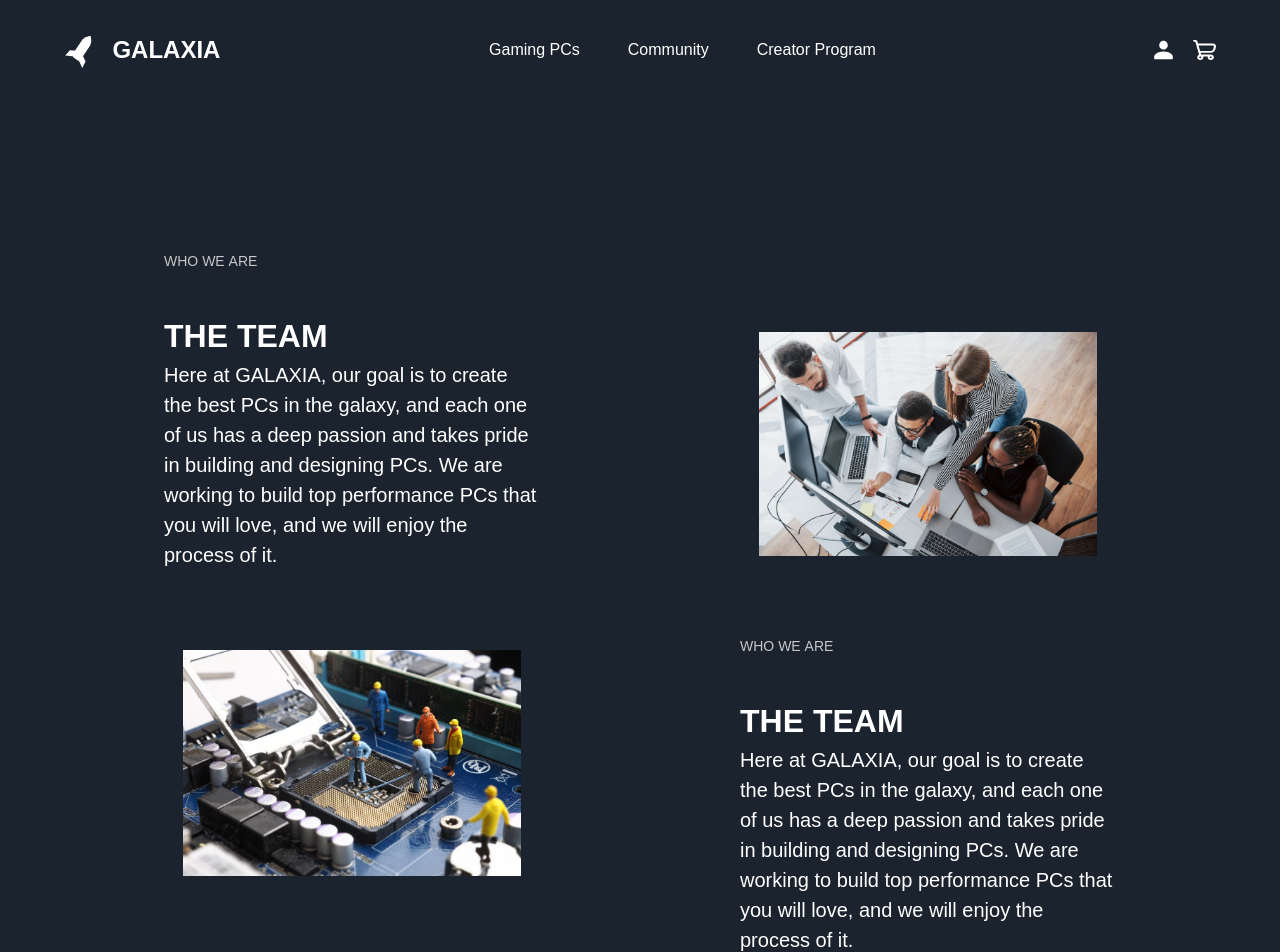
Repository: kaitlynlie/galaxia_pcs
Page: /community
The author's editor kept a copy of each file at every save. The page is drawn from the files as they stood at one save, then again after the next save.
The browser window is 1280 px wide. The pictures show the part of the page from y = 0 to 952 px (the page is 2450 px tall before and 2385 px after).
Some web fonts or font styles are not loaded; a fallback is used. The project was rebuilt for these pictures with package versions that can differ from the ones it lists, and the page was loaded fresh each time. Also part of the build but not shown: vite.config.js, components/Button.jsx, components/PCcard.jsx, components/WhyFeatures.jsx, sections/Hero.jsx, sections/Triton.jsx, sections/Neptune.jsx, sections/Jupiter.jsx and 5 more. Imported but missing from the stored project, and not drawn on this page: src/assets/video.mp4.

Above is the page before, as saved 2023-08-08 18:42:36.

After the next save:
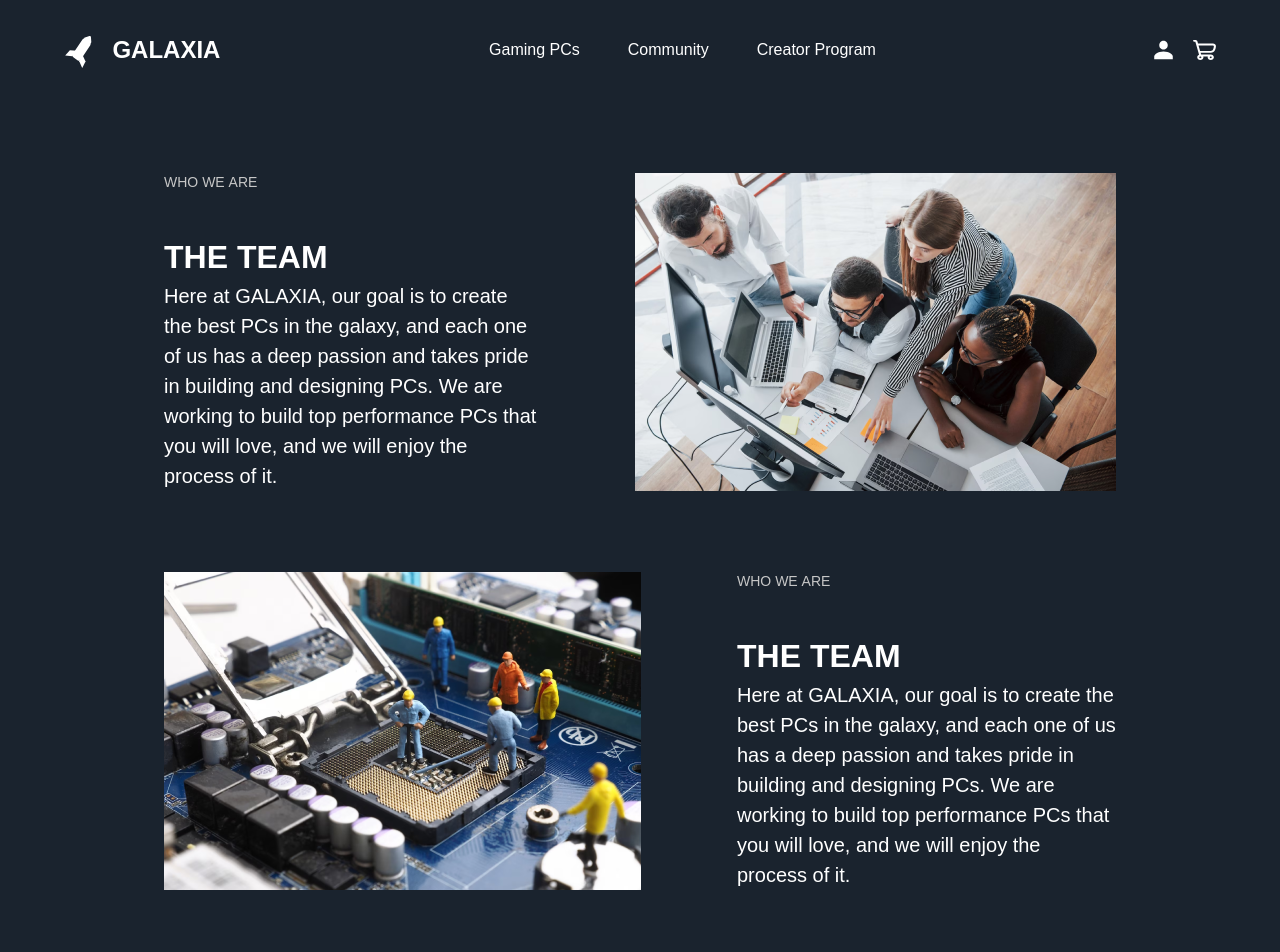
Saved 23 s later.
--- a/sections/People.jsx
+++ b/sections/People.jsx
@@ -6,12 +6,10 @@
 import { fadeIn, staggerContainer } from '../utils/motion';
 
 const People = () => (
-    <section className={`${styles.xPaddings} relative z-10 py-8 flex flex-row justify-center items-center mt-10`}>
-      {/* <div className={`${styles.innerWidth} md:px-[100px] mb-0 items-center flex-row max-[1234px]:flex-col flex justify-between`}> */}
-      <div className='flex flex-row justify-center items-center'>
-      <div className={`${styles.innerWidth} md:px-[100px] mb-0 items-center flex-col flex justify-between`}>
-        {/* <div className='mr-24 max-[1234px]:mr-0'> */}
-        <div>
+    <section className={`${styles.xPaddings} relative z-10 py-8 flex flex-col justify-center items-center mt-10`}>
+      <div className={`${styles.innerWidth} md:px-[100px] mb-0 items-center flex-row max-[1234px]:flex-col flex justify-between`}>
+
+        <div className='mr-24 max-[1234px]:mr-0'>
           <TypingText title='WHO WE ARE' textStyles='text-start max-[1234px]:text-center' />
           <div className="font-normal text-start max-[1234px]:text-center text-secondary-white mt-10 flex-col flex flex-center">
               <span className="font-extrabold text-white sm:text-[32px] text-[20px]">THE TEAM</span>
@@ -19,37 +17,31 @@
           </div>
         </div>
 
-        <img
-          src="/process.png"
-          alt="process"
-          className="z-10 relative w-[90%] h-[90%] mt-20"
-        />
-          {/* <img
+          <img
             src="/team.png"
             alt="team"
             className="z-10 relative w-[90%] h-[90%] max-[1234px]:mt-20 max-[1234px]:hidden"
-          /> */}
+          />
     </div>
 
-    <div className={`${styles.innerWidth} ${styles.xPaddings} md:px-[100px] mb-0 items-center flex-col flex justify-between mt-20`}>
-      <img
-        src="/team.png"
-        alt="team"
-        className="z-10 relative w-[90%] h-[90%] mt-20 max-[1234px]:hidden"
-      />
+    <div
+        className={`${styles.innerWidth} ${styles.xPaddings} md:px-[100px] mb-0 items-center flex-row max-[1234px]:flex-col flex flex-start justify-between mt-20`}>
+          <img
+            src="/process.png"
+            alt="process"
+            className="z-10 relative w-[90%] h-[90%]"
+          />
 
-      {/* <div className='ml-24 max-[1234px]:ml-0 max-[1234px]:mt-20'> */}
-      <div className='mt-20'>
-        <TypingText title='WHO WE ARE' textStyles='text-start max-[1234px]:text-center' />
-        <motion.div
-          variants={fadeIn('up', 'tween', 0.2, 1)}
-          viewport={{ once: true, amount: 0.25}}
-          className="font-normal max-[1234px]:text-center text-start text-secondary-white mt-10 flex-col flex flex-center">
-            <span className="font-extrabold text-white sm:text-[32px] text-[20px]">THE TEAM</span>
-            <p className="text-[20px] text-white">Here at GALAXIA, our goal is to create the best PCs in the galaxy, and each one of us has a deep passion and takes pride in building and designing PCs. We are working to build top performance PCs that you will love, and we will enjoy the process of it.</p>
-        </motion.div>
-      </div>
-    </div>
+        <div className='ml-24 max-[1234px]:ml-0 max-[1234px]:mt-20'>
+          <TypingText title='WHO WE ARE' textStyles='text-start max-[1234px]:text-center' />
+          <motion.div
+            variants={fadeIn('up', 'tween', 0.2, 1)}
+            viewport={{ once: true, amount: 0.25}}
+            className="font-normal max-[1234px]:text-center text-start text-secondary-white mt-10 flex-col flex flex-center">
+              <span className="font-extrabold text-white sm:text-[32px] text-[20px]">THE TEAM</span>
+              <p className="text-[20px] text-white">Here at GALAXIA, our goal is to create the best PCs in the galaxy, and each one of us has a deep passion and takes pride in building and designing PCs. We are working to build top performance PCs that you will love, and we will enjoy the process of it.</p>
+          </motion.div>
+        </div>
     </div>
 </section>
 );
